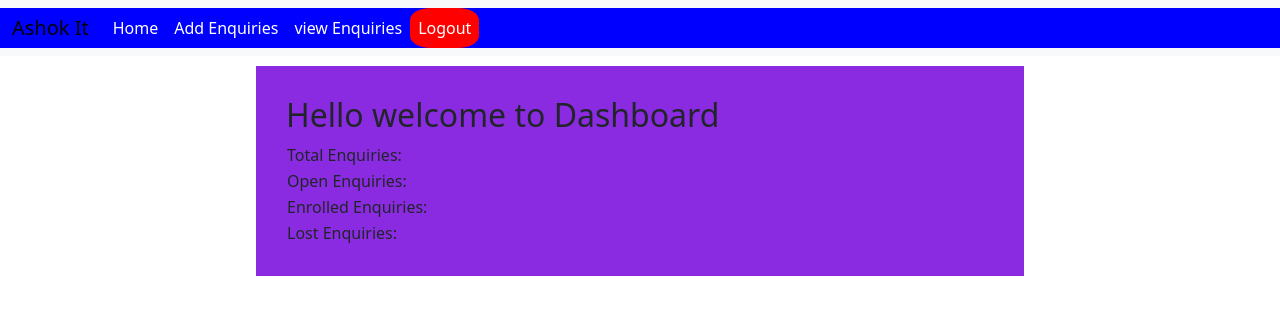
Repository: dibyajyotipanigrahi/Mini-Projects
Page: http://localhost/dashboard
An editor plug-in stored every save of this project. The page is shown before and after the next save, followed by the edit.
The browser window is 1280 px wide. The pictures show the whole page.
The page is this project's Thymeleaf template; nobody is signed in. The template is opened directly, without the code that normally fills it, so the values that code supplies are empty.

Above is the page before, as saved 2024-04-25 19:36:47.

After the next save:
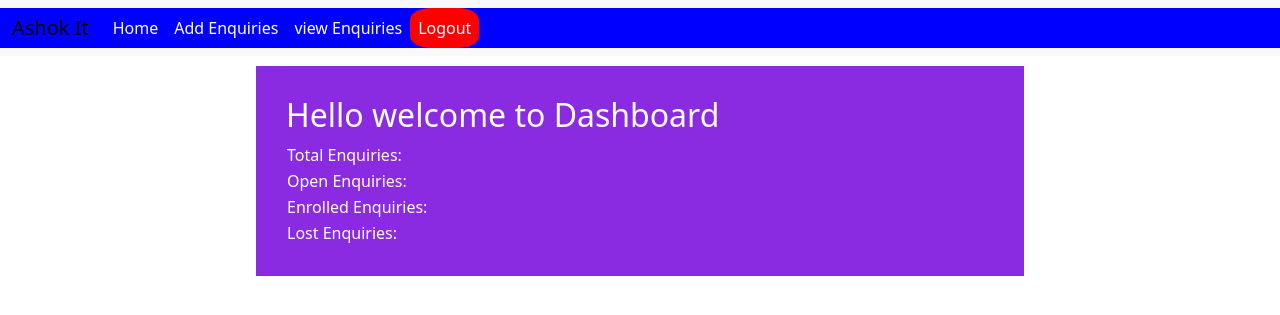
Saved 33 s later.
--- a/01-Councellors-Application/src/main/resources/templates/dashboard.html
+++ b/01-Councellors-Application/src/main/resources/templates/dashboard.html
@@ -16,6 +16,7 @@
 			background-color:blueviolet;
 			padding: 30px;
 			margin: 10px auto;
+			color:white;
 		}
 	</Style>
 
